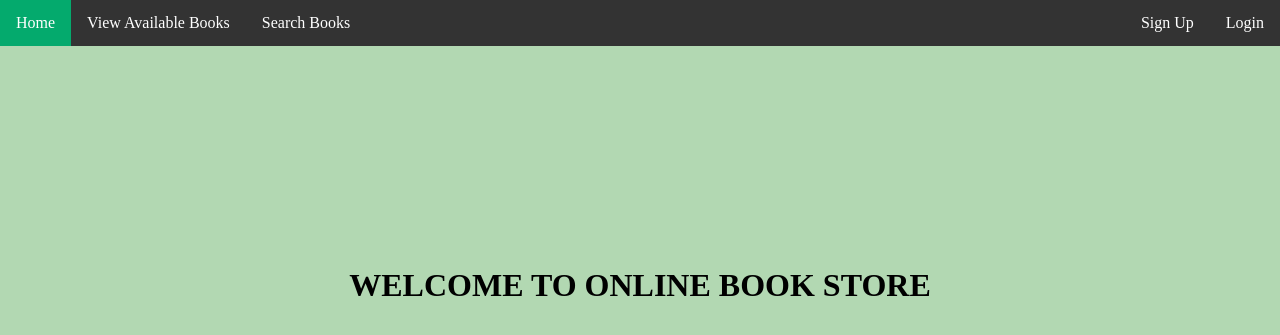
Repository: sach7691/original-book-store
Page: http://localhost/online-book-store-application/welcome.jsp
The author's editor kept a copy of each file at every save. The page is drawn from the files as they stood at one save, then again after the next save.
The browser window is 1280 px wide. The pictures show the whole page.
The page is served by Tomcat 9. Other server files are loaded and not shown.

Above is the page before, as saved 2022-08-18 19:56:33.

### online-book-store-application/src/main/webapp/welcome.jsp
<%@ page language="java" contentType="text/html; charset=ISO-8859-1"
    pageEncoding="ISO-8859-1"%>
<!DOCTYPE html>
<html>
<head>
<meta charset="ISO-8859-1">
<title>Welcome Page</title>
<meta name="viewport" content="width=device-width, initial-scale=1.0">
<style>
body {margin: 0;
 background: rgba(0, 128, 0, 0.3);}

 h1{
 text-align: center;
  padding-top: 200px;

 }
 letter {
   color: #ea503f;
   font-family: Arial;
 }

ul.topnav {
  list-style-type: none;
  margin: 0;
  padding: 0;
  overflow: hidden;
  background-color: #333;
}

ul.topnav li {float: left;}

ul.topnav li a {
  display: block;
  color: white;
  text-align: center;
  padding: 14px 16px;
  text-decoration: none;
}

ul.topnav li a:hover:not(.active) {background-color: #111;}

ul.topnav li a.active {background-color: #04AA6D;}

ul.topnav li.right {float: right;}

@media screen and (max-width: 600px) {
  ul.topnav li.right,
  ul.topnav li {float: none;}
}
</style>
</head>
<body>
<div>
<ul class="topnav">
  <li><a class="active" href="welcome.jsp">Home</a></li>
  <li><a href="http://localhost:8080/online-book-store-application/ViewBookServlet">View Available Books</a></li>
  <li><a href="search_book.jsp">Search Books</a></li>
  <li class="right"><a href="login.jsp">Login</a></li>
  <li class="right"><a href="index.jsp">Sign Up</a></li>
</ul>
</div>

<div class="letter"><h1>WELCOME TO ONLINE BOOK STORE</h1></div>



</body>
</html>

After the next save:
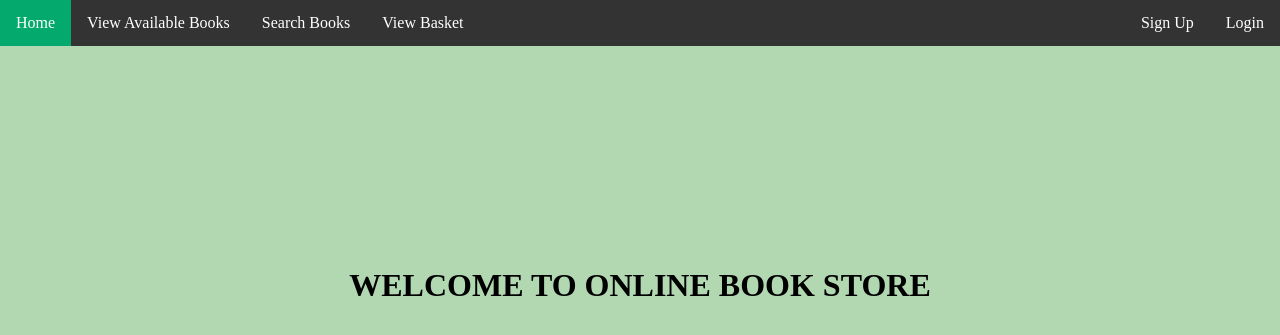
Saved 28 s later.
--- a/online-book-store-application/src/main/webapp/welcome.jsp
+++ b/online-book-store-application/src/main/webapp/welcome.jsp
@@ -56,6 +56,7 @@ ul.topnav li.right {float: right;}
   <li><a class="active" href="welcome.jsp">Home</a></li>
   <li><a href="http://localhost:8080/online-book-store-application/ViewBookServlet">View Available Books</a></li>
   <li><a href="search_book.jsp">Search Books</a></li>
+  <li><a href="view_basket.jsp">View Basket</a></li>
   <li class="right"><a href="login.jsp">Login</a></li>
   <li class="right"><a href="index.jsp">Sign Up</a></li>
 </ul>
